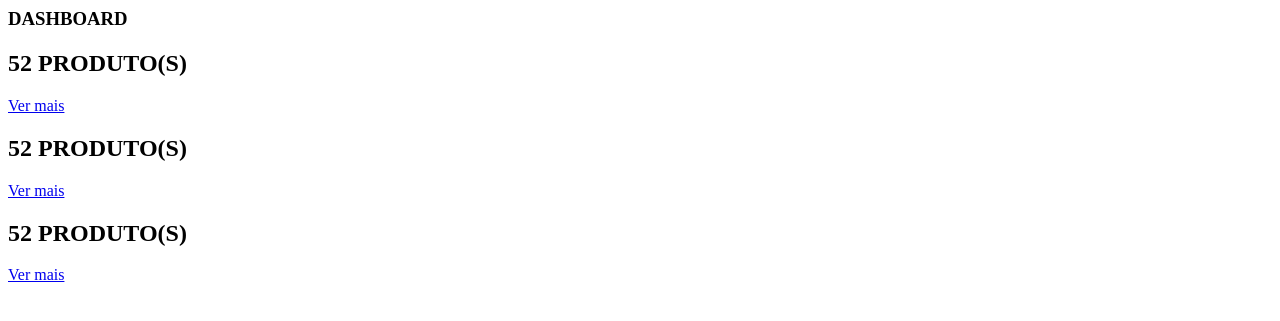
Repository: leobritto-sudo/pokemon-center
Page: http://localhost/App/Views/manager/manager.phtml
The author's editor kept a copy of each file at every save. The page is drawn from the files as they stood at one save, then again after the next save.
The browser window is 1280 px wide. The pictures show the whole page.
The page is run by PHP 8.4 with error messages shown; the project is at /var/www/html/.

Above is the page before, as saved 2022-11-17 22:52:50.

After the next save:
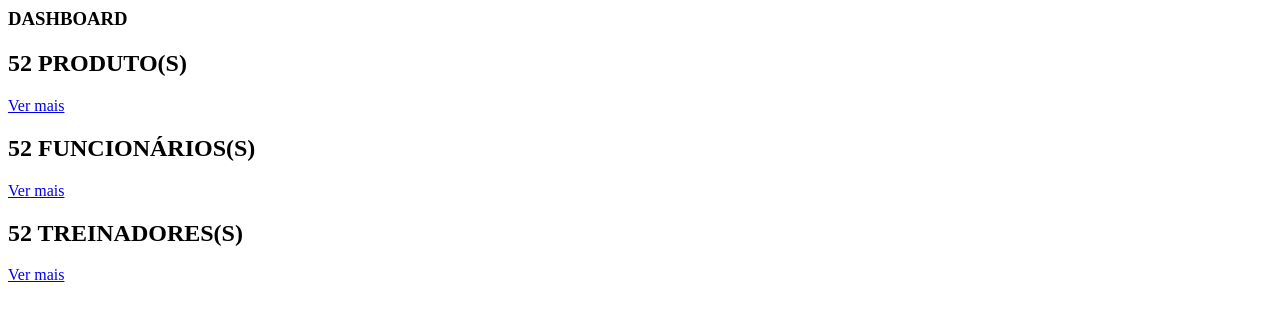
Saved 36 s later.
--- a/App/Views/manager/manager.phtml
+++ b/App/Views/manager/manager.phtml
@@ -16,7 +16,7 @@
     <div class="card w-100 mt-3">
         <div id="employee" class="div-img">
             <div class="text-card">
-                <h2 class="font-weight-bold text-center mb-3">52 PRODUTO(S)</h2>
+                <h2 class="font-weight-bold text-center mb-3">52 FUNCIONÁRIOS(S)</h2>
                 <a href="/product-consult" class="btn btn-primary btn-block w-75 mx-auto">Ver mais</a>
             </div>
         </div>
@@ -24,7 +24,7 @@
     <div class="card w-100 mt-3">
         <div id="coach" class="div-img">
             <div class="text-card">
-                <h2 class="font-weight-bold text-center mb-3">52 PRODUTO(S)</h2>
+                <h2 class="font-weight-bold text-center mb-3">52 TREINADORES(S)</h2>
                 <a href="/product-consult" class="btn btn-primary btn-block w-75 mx-auto">Ver mais</a>
             </div>
         </div>
